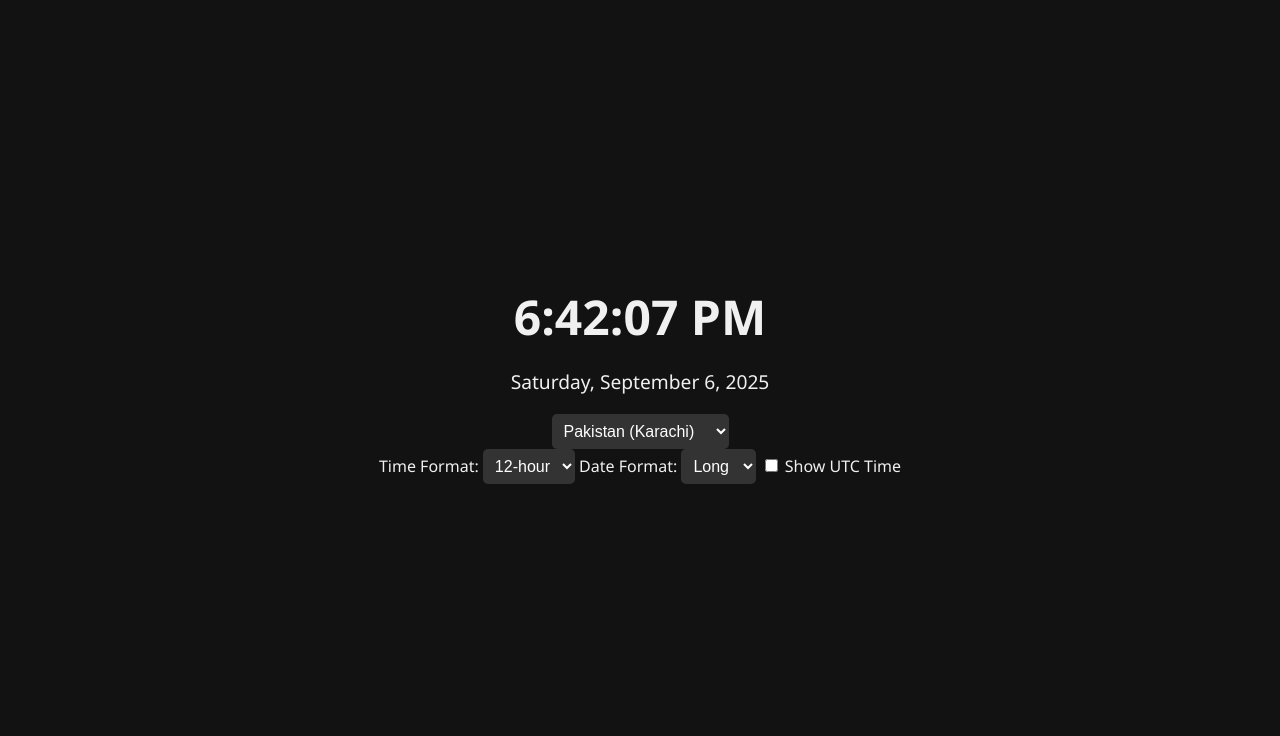
Repository: Rahim-Ullah/hexoforge-bootcamp
Page: phase-2-js-basic/digital-clock.html
These files come from the project's save history. The page is drawn as it stood at one moment and after the next save; the edit follows.
The browser window is 1280 px wide. The pictures show the whole page.

Above is the page before, as saved 2025-09-10 15:19:00.

### phase-2-js-basic/digital-clock.html
<!DOCTYPE html>
<html lang="en">

<head>
    <meta charset="UTF-8" />
    <meta name="viewport" content="width=device-width, initial-scale=1.0" />
    <title>Digital Clock</title>
    <style>
        body {
            font-family: 'Segoe UI', sans-serif;
            background: #121212;
            color: #f0f0f0;
            display: flex;
            justify-content: center;
            align-items: center;
            height: 100vh;
        }

        .clock-container {
            text-align: center;
        }

        #time {
            font-size: 3em;
            margin-bottom: 0.2em;
        }

        #date {
            font-size: 1.2em;
            margin-bottom: 1em;
        }

        select {
            padding: 0.5em;
            font-size: 1em;
            background: #333;
            color: #fff;
            border: none;
            border-radius: 5px;
        }
    </style>
</head>

<body>
    <div class="clock-container">
        <h1 id="time"></h1>
        <p id="date"></p>
        <select id="timezone">
            <option value="Asia/Karachi">Pakistan (Karachi)</option>
            <option value="Asia/Tokyo">Japan (Tokyo)</option>
            <option value="Europe/London">UK (London)</option>
            <option value="America/New_York">USA (New York)</option>
            <option value="Asia/Kabul">Afghanistan (Kabul)</option>
            <option value="Asia/New-Delhi">India (New_Delhi)</option>
        </select>
        <div class="format-options">
            <label>Time Format:
                <select id="timeFormat">
                    <option value="12">12-hour</option>
                    <option value="24">24-hour</option>
                </select>
            </label>

            <label>Date Format:
                <select id="dateFormat">
                    <option value="long">Long</option>
                    <option value="short">Short</option>
                </select>
            </label>

            <label>
                <input type="checkbox" id="useUTC" />
                Show UTC Time
            </label>
        </div>
    </div>
    <script>
        const timeEl = document.getElementById('time');
        const dateEl = document.getElementById('date');
        const timezoneSelect = document.getElementById('timezone');

        function updateClock() {
            const tz = timezoneSelect.value;
            const now = new Date();

            const optionsTime = {
                hour: 'numeric',
                minute: 'numeric',
                second: 'numeric',
                hour12: true,
                timeZone: tz
            };

            const optionsDate = {
                weekday: 'long',
                year: 'numeric',
                month: 'long',
                day: 'numeric',
                timeZone: tz
            };

            const timeString = new Intl.DateTimeFormat('en-US', optionsTime).format(now);
            const dateString = new Intl.DateTimeFormat('en-US', optionsDate).format(now);

            timeEl.textContent = timeString;
            dateEl.textContent = dateString;
        }



        // const timeEl = document.getElementById('time');
        // const dateEl = document.getElementById('date');
        // const timezoneSelect = document.getElementById('timezone');
        const timeFormatSelect = document.getElementById('timeFormat');
        const dateFormatSelect = document.getElementById('dateFormat');
        const useUTCCheckbox = document.getElementById('useUTC');

        function updateClock() {
            const tz = useUTCCheckbox.checked ? 'UTC' : timezoneSelect.value;
            const hour12 = timeFormatSelect.value === '12';
            const dateStyle = dateFormatSelect.value;

            const now = new Date();

            const timeOptions = {
                hour: 'numeric',
                minute: 'numeric',
                second: 'numeric',
                hour12,
                timeZone: tz
            };

            const dateOptions = dateStyle === 'long'
                ? { weekday: 'long', year: 'numeric', month: 'long', day: 'numeric', timeZone: tz }
                : { year: 'numeric', month: 'numeric', day: 'numeric', timeZone: tz };

            timeEl.textContent = new Intl.DateTimeFormat('en-US', timeOptions).format(now);
            dateEl.textContent = new Intl.DateTimeFormat('en-US', dateOptions).format(now);
        }

        // Update on change
        [timezoneSelect, timeFormatSelect, dateFormatSelect, useUTCCheckbox].forEach(el =>
            el.addEventListener('change', updateClock)
        );

        setInterval(updateClock, 1000);
        updateClock();




        timezoneSelect.addEventListener('change', updateClock);
        setInterval(updateClock, 1000);
        updateClock(); // Initial call
    </script>
</body>

</html>

After the next save:
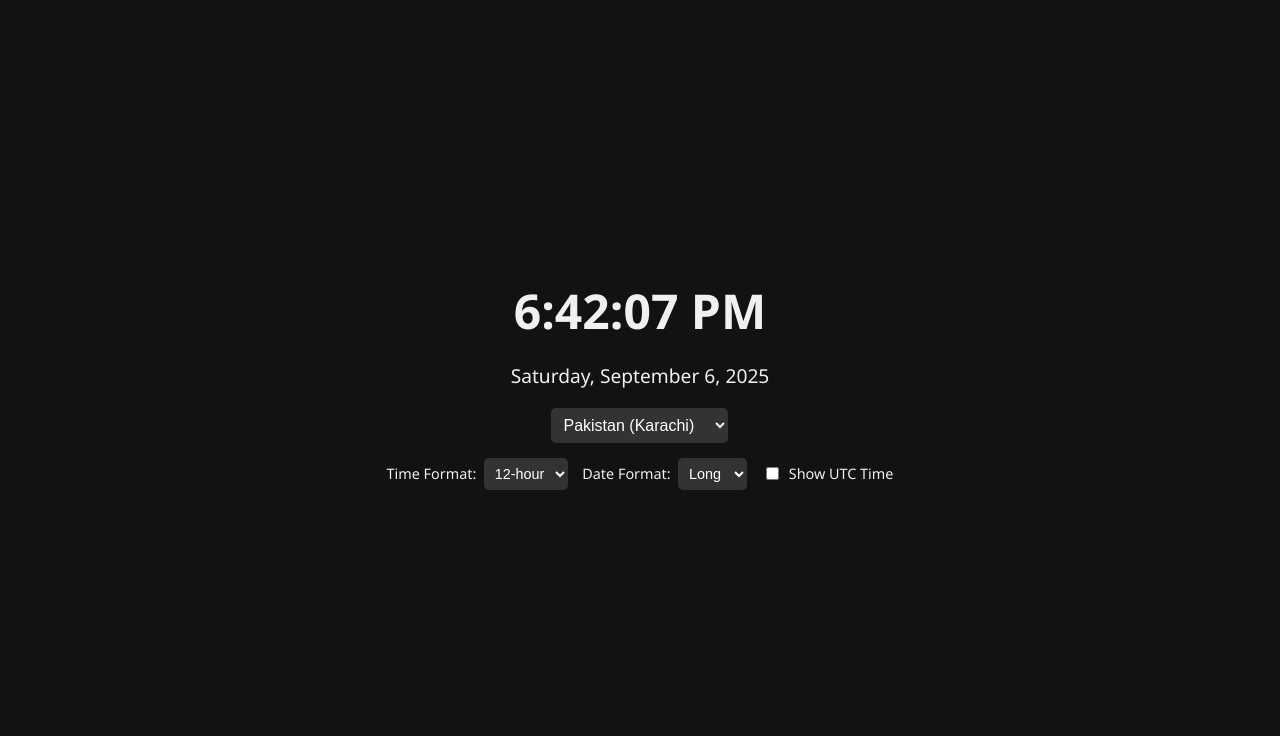
Saved 30 s later.
--- a/phase-2-js-basic/digital-clock.html
+++ b/phase-2-js-basic/digital-clock.html
@@ -37,6 +37,21 @@
             color: #fff;
             border: none;
             border-radius: 5px;
+        }
+
+        .format-options {
+            margin-top: 1em;
+            display: flex;
+            justify-content: center;
+            gap: 1em;
+            flex-wrap: wrap;
+            font-size: 0.9em;
+        }
+
+        .format-options label {
+            display: flex;
+            align-items: center;
+            gap: 0.5em;
         }
     </style>
 </head>
